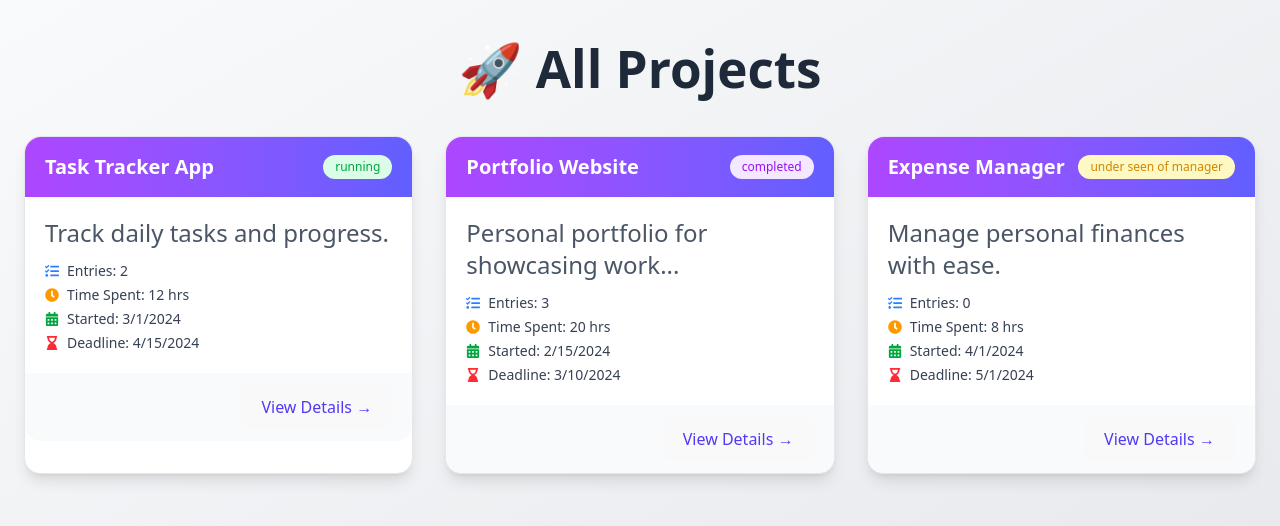
Repository: mohitagrawal0412/Workify
Page: /projects (app in client/)
The author's editor kept a copy of each file at every save. The page is drawn from the files as they stood at one save, then again after the next save.
The browser window is 1280 px wide. The pictures show the whole page.
The project was rebuilt for these pictures with package versions that can differ from the ones it lists, and the page was loaded fresh each time. Also part of the build but not shown: client/vite.config.js, client/src/Components/Dashboard/Dashboard.jsx.

Above is the page before, as saved 2025-04-15 09:58:12.

After the next save:
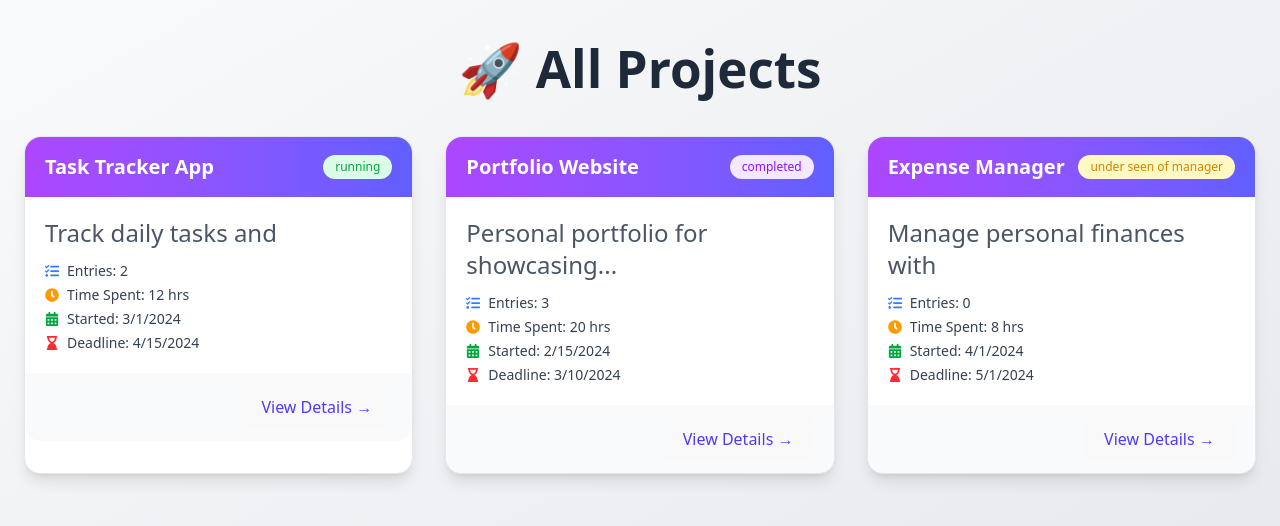
Saved 11 s later.
--- a/client/src/Components/Dashboard/AllProjects.jsx
+++ b/client/src/Components/Dashboard/AllProjects.jsx
@@ -64,7 +64,7 @@ const AllProjects = () => {
                         {/* Card Body */}
                         <div className="p-5 space-y-3">
                             <p className="text-gray-600 text-2xl">
-                                {project.description.split(" ").slice(0, 5).join(" ")}
+                                {project.description.split(" ").slice(0, 4).join(" ")}
                                 {project.description.split(" ").length > 5 ? "..." : ""}
                             </p>
 
